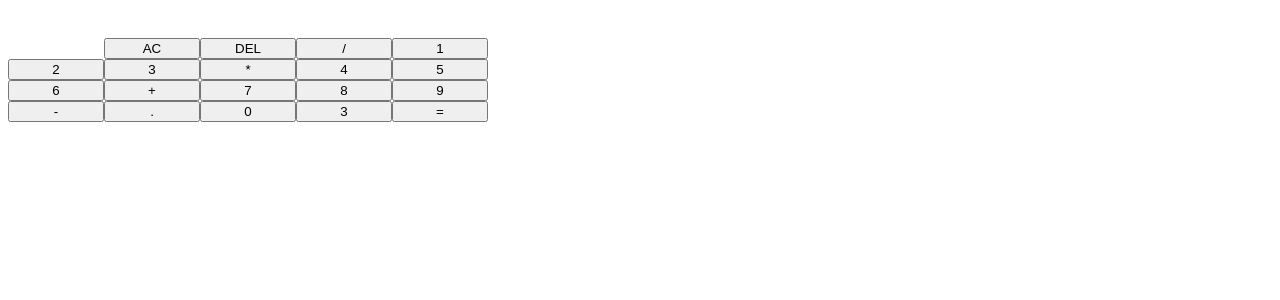
Repository: khadergw/calculator
Page: / (app in calculator/)
An editor plug-in stored every save of this project. The page is shown before and after the next save, followed by the edit.
The browser window is 1280 px wide. The pictures show the whole page.
The project was rebuilt for these pictures with package versions that can differ from the ones it lists, and the page was loaded fresh each time. Also part of the build but not shown: calculator/src/App.css.

Above is the page before, as saved 2022-09-10 23:16:20.

After the next save:
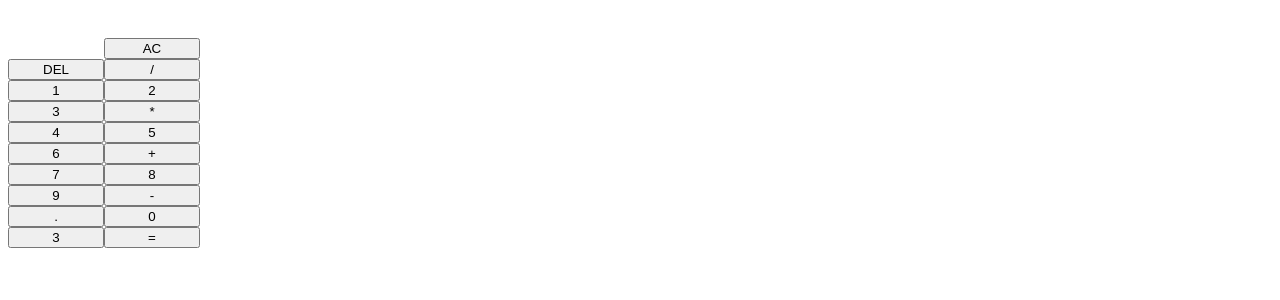
Saved 14 s later.
--- a/calculator/src/styles.css
+++ b/calculator/src/styles.css
@@ -1,5 +1,5 @@
 .CalGrid {
   display: grid;
   margin-top: 3%;
-  grid-template-columns: repeat(5, 6rem);
+  grid-template-columns: repeat(2, 6rem);
 }
